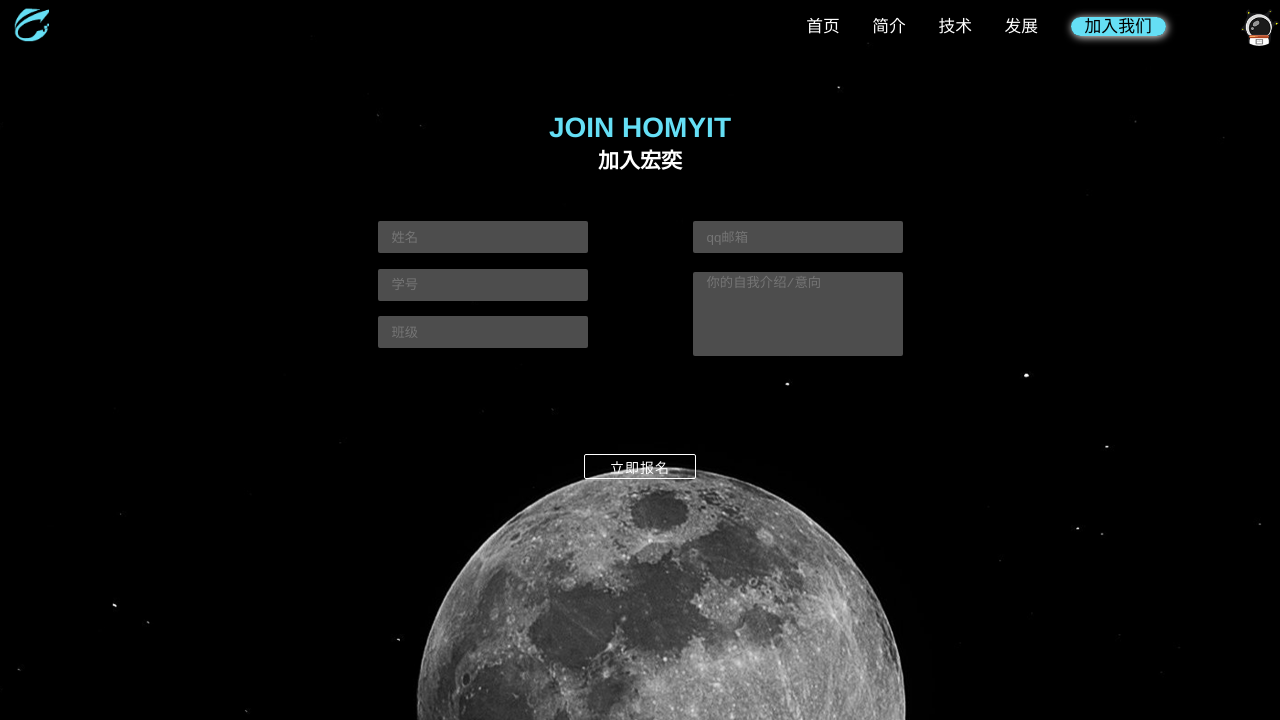
Repository: Homyit20/website
Page: /#/login
An editor plug-in stored every save of this project. The page is shown before and after the next save, followed by the edit.
The browser window is 1280 px wide. The pictures show the whole page.
The project was rebuilt for these pictures with package versions that can differ from the ones it lists, and the page was loaded fresh each time. Also part of the build but not shown: vue.config.js.

Above is the page before, as saved 2021-08-10 17:13:26.

After the next save:
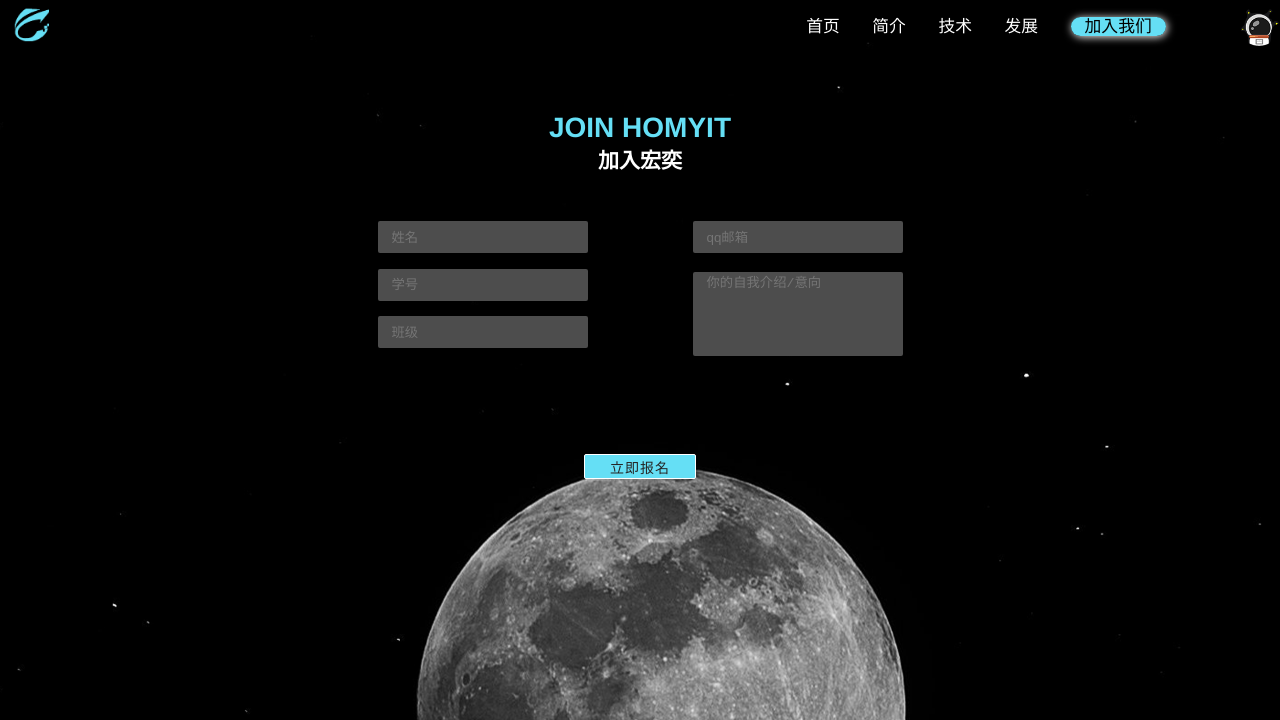
Saved 10 min 3 s later.
--- a/src/components/content/loginform.vue
+++ b/src/components/content/loginform.vue
@@ -311,11 +311,12 @@
   color: #fff;
   text-transform: uppercase;
   letter-spacing: 1px;
-}
-.login-button:hover {
+  animation: buttonanimate 2s infinite ease-in-out;
+}
+/* .login-button:hover {
   color: #262626;
   background: #65dff5;
-}
+} */
 .login-button:before {
   content: "";
   position: absolute;
@@ -325,13 +326,37 @@
   height: 1.8rem;
   background: transparent;
   border: 0px solid #65dff5;
-}
-.login-button:hover:before {
+  animation: buttonafter 2s infinite ease-in-out;
+}
+/* .login-button:hover:before {
   border: 1.2px solid #fff;
   transform: scale(1.2, 1.4);
   opacity: 0;
   transition: 0.4s;
-}
+} */
+
+@keyframes buttonanimate{
+  0%{}
+  50%{
+      color: #262626;
+      background: #65dff5;
+  }
+  100%{
+
+  }
+}
+  @keyframes buttonafter {
+    0%{}
+    50%{
+        border: 1.2px solid #fff;
+        transform: scale(1.2, 1.4);
+        opacity: 0;
+        transition: 0.4s;
+    }
+    100%{
+
+    }
+  }
 
 /* 当屏幕大于1500px时 */
 @media screen and (min-width: 1500px) {

After the save that followed:
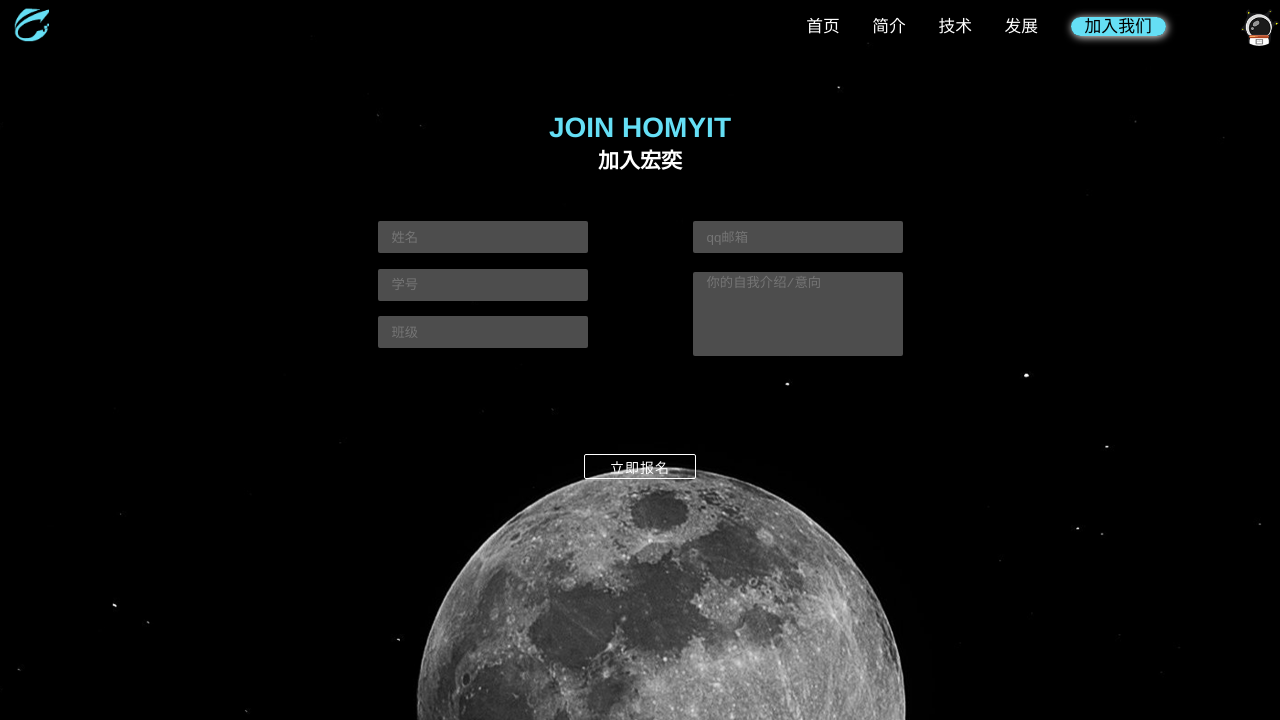
Saved 29 s later.
--- a/src/components/content/loginform.vue
+++ b/src/components/content/loginform.vue
@@ -311,7 +311,7 @@
   color: #fff;
   text-transform: uppercase;
   letter-spacing: 1px;
-  animation: buttonanimate 2s infinite ease-in-out;
+  animation: buttonanimate 2s ease-in-out;
 }
 /* .login-button:hover {
   color: #262626;
@@ -326,7 +326,7 @@
   height: 1.8rem;
   background: transparent;
   border: 0px solid #65dff5;
-  animation: buttonafter 2s infinite ease-in-out;
+  animation: buttonafter 2s ease-in-out;
 }
 /* .login-button:hover:before {
   border: 1.2px solid #fff;
